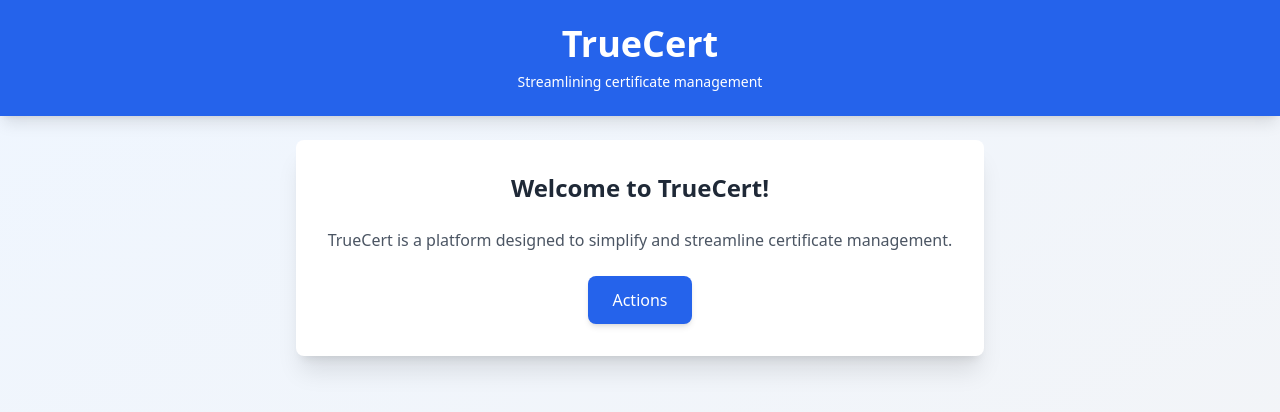
Repository: virtualvasu/TrueCert
Page: / (app in client/)
The author's editor kept a copy of each file at every save. The page is drawn from the files as they stood at one save, then again after the next save.
The browser window is 1280 px wide. The pictures show the whole page.
The project was rebuilt for these pictures with package versions that can differ from the ones it lists, and the page was loaded fresh each time. Also part of the build but not shown: client/vite.config.js, client/src/components/organisation/actions/contractDetails.jsx, client/src/components/organisation/actions/CheckCertificate.jsx, client/src/components/organisation/actions/IssueCertificate.jsx, client/src/components/organisation/actions/RevokeCertificate.jsx, client/src/components/organisation/OrgHome.jsx.

Above is the page before, as saved 2025-01-08 03:05:48.

After the next save:
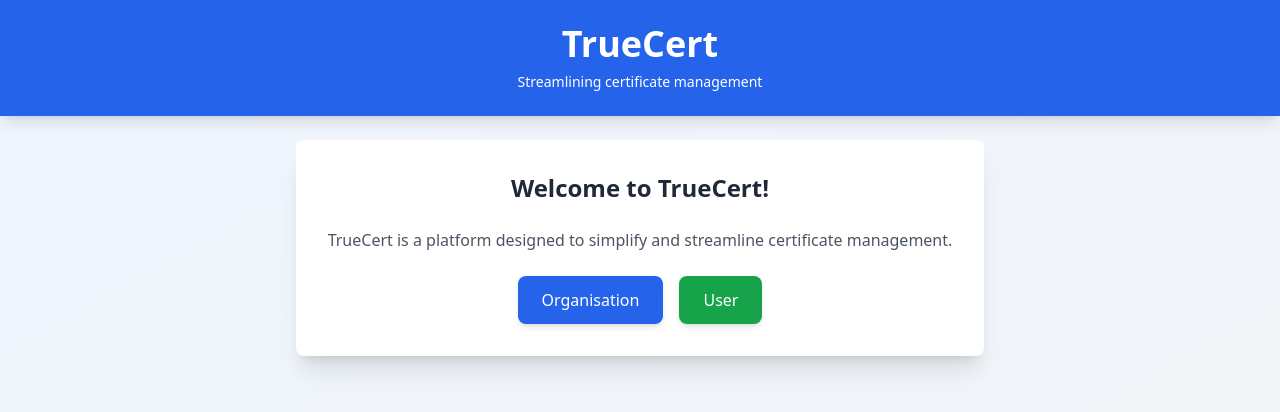
Saved 107 s later.
--- a/client/src/App.jsx
+++ b/client/src/App.jsx
@@ -3,6 +3,7 @@ import OrgHome from './components/organisation/OrgHome';
 
 function App() {
   const [showOrgHome, setShowOrgHome] = useState(false);
+  const [showUserContent, setShowUserContent] = useState(false);
 
   return (
     <div className="bg-gradient-to-br from-blue-50 to-gray-100 min-h-screen">
@@ -11,7 +12,7 @@ function App() {
         <p className="text-center text-sm mt-2">Streamlining certificate management</p>
       </header>
       <main className="flex justify-center items-center p-6">
-        {!showOrgHome ? (
+        {!showOrgHome && !showUserContent ? (
           <div className="max-w-4xl mx-auto bg-white p-8 rounded-lg shadow-xl text-center">
             <h2 className="text-2xl font-semibold text-gray-800 mb-6">
               Welcome to TrueCert!
@@ -19,16 +20,33 @@ function App() {
             <p className="text-gray-600 mb-6">
               TrueCert is a platform designed to simplify and streamline certificate management.
             </p>
-            <button
-              onClick={() => setShowOrgHome(true)}
-              className="px-6 py-3 font-medium text-white bg-blue-600 rounded-lg shadow-md hover:bg-blue-700 transition-all duration-300"
-            >
-              Actions
-            </button>
+            <div className="space-x-4">
+              <button
+                onClick={() => setShowOrgHome(true)}
+                className="px-6 py-3 font-medium text-white bg-blue-600 rounded-lg shadow-md hover:bg-blue-700 transition-all duration-300 mb-4 md:mb-0"
+              >
+                Organisation
+              </button>
+              <button
+                onClick={() => setShowUserContent(true)}
+                className="px-6 py-3 font-medium text-white bg-green-600 rounded-lg shadow-md hover:bg-green-700 transition-all duration-300"
+              >
+                User
+              </button>
+            </div>
+          </div>
+        ) : showOrgHome ? (
+          <div className="max-w-4xl mx-auto bg-white p-8 rounded-lg shadow-xl">
+            <OrgHome />
           </div>
         ) : (
-          <div className="max-w-4xl mx-auto bg-white p-8 rounded-lg shadow-xl">
-            <OrgHome />
+          <div className="max-w-4xl mx-auto bg-white p-8 rounded-lg shadow-xl text-center">
+            <h2 className="text-2xl font-semibold text-gray-800 mb-4">
+              User Content
+            </h2>
+            <p className="text-gray-600">
+              This is some sample content for the user. You can implement further functionality here.
+            </p>
           </div>
         )}
       </main>
